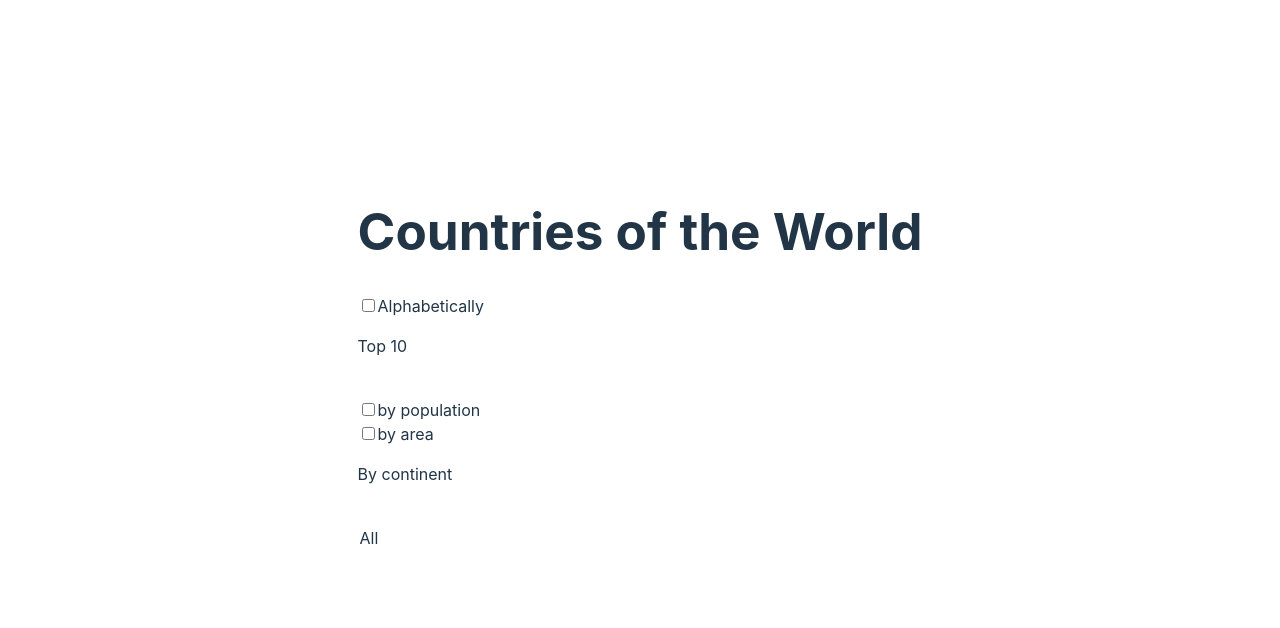
Repository: Vanessahyc/COMP3170_Lab06
Page: /
These files come from the project's save history. The page is drawn as it stood at one moment and after the next save; the edit follows.
The browser window is 1280 px wide. The pictures show the whole page.
The page's requests for data from a server got no answer. The project was rebuilt for these pictures with package versions that can differ from the ones it lists, and the page was loaded fresh each time. No one was signed in, and anything a server would have sent is missing. Also part of the build but not shown: vite.config.js, src/components/Country.jsx.

Above is the page before, as saved 2024-11-14 16:30:02.

After the next save:
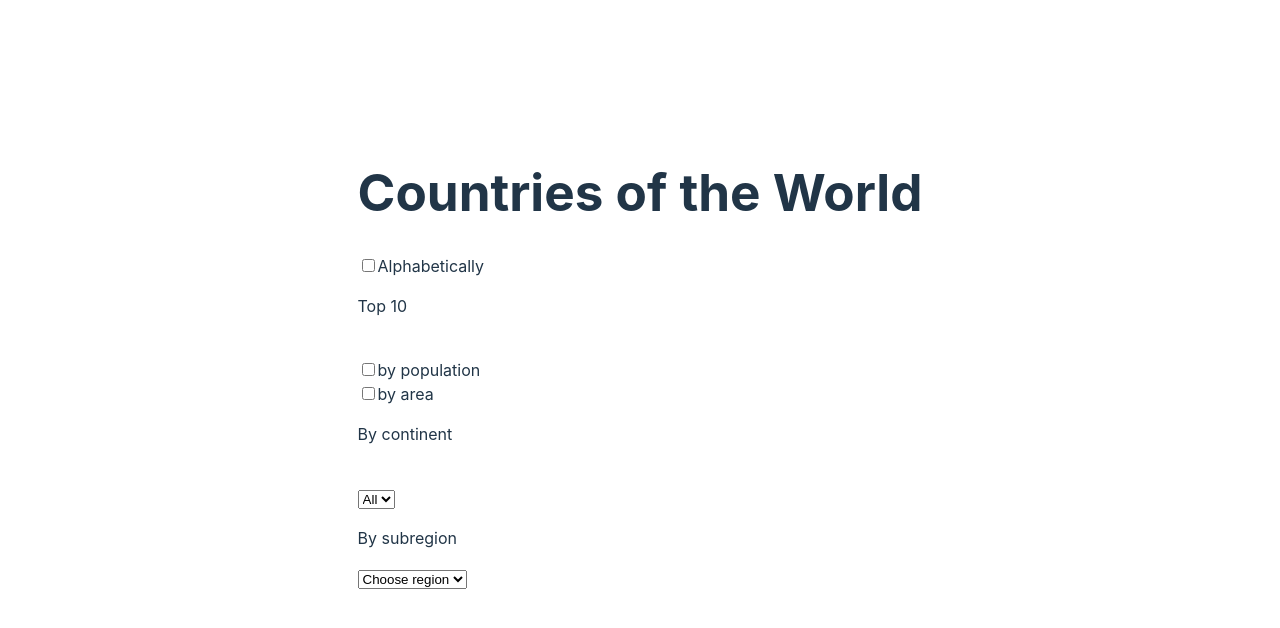
Saved 81 s later.
--- a/src/App.jsx
+++ b/src/App.jsx
@@ -38,9 +38,15 @@ function App() {
         <div>
           <p>By continent</p>
           <br/>
-          <section>
+          <select>
             <option>All</option>
-          </section>
+          </select>
+        </div>
+        <div>
+          <p>By subregion</p>
+          <select>
+            <option>Choose region</option>
+          </select>
         </div>
       </div>
       <Countries countries={countries}/>
